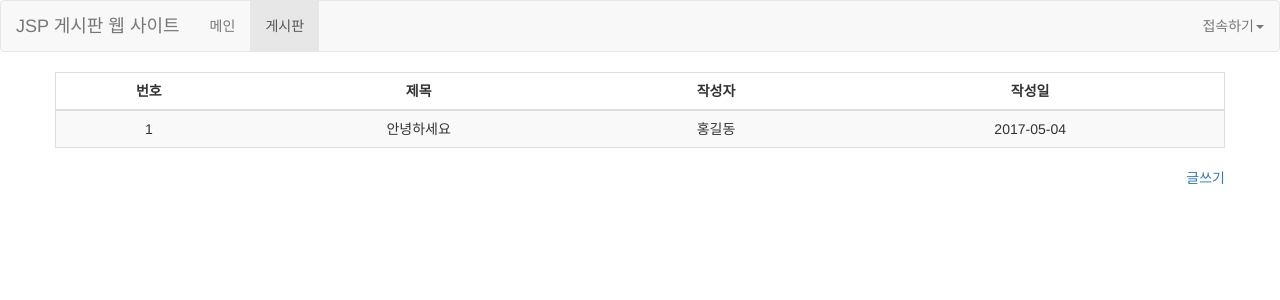
Repository: Jeongyounghyeon/JSP_board
Page: http://localhost/BBS/write.jsp
An editor plug-in stored every save of this project. The page is shown before and after the next save, followed by the edit.
The browser window is 1280 px wide. The pictures show the whole page.
Some web libraries are served in a nearby version. The page is served by Tomcat 9. Other server files are loaded and not shown.

Above is the page before, as saved 2022-04-06 12:56:57.

### projects/BBS/src/main/webapp/write.jsp
<%@ page language="java" contentType="text/html; charset=UTF-8"
    pageEncoding="UTF-8"%>
    <%@ page import = "java.io.PrintWriter" %>
<!DOCTYPE html>
<html>
<head>
<meta charset="UTF-8">
<meta name = "viewport" content = "width=device-width", initial-scale = "1">
<link rel = "stylesheet" href = "css/bootstrap.min.css">
<title>JSP 게시판 웹 사이트</title>
</head>
<body>
	<%
		String userID = null;
		if(session.getAttribute("userID") != null) {
			userID = (String) session.getAttribute("userID");
		}
	%>
	<nav class = "navbar navbar-default">
		<div class = "navbar-header">
			<button type = "button" class = "navbar-toggle collapsed"
				data-toggle = "collapse" data-target = "#bs-example-navbar-collapse-1"
				aria-expanded = "false">
				<span class = "icon-bar"></span>
				<span class = "icon-bar"></span>
				<span class = "icon-bar"></span>
			</button>
			<a class = "navbar-brand" href = "main.jsp">JSP 게시판 웹 사이트</a>
		</div>
		<div class = "collapase navbar-collapse" id = "bs-example-navbar-collapse-1">
			<ul class = "nav navbar-nav">
				<li><a href = "main.jsp">메인</a></li>
				<li class = "active"><a href = "bbs.jsp">게시판</a></li>
			</ul>
			<%
				if(userID == null) {
			%>
			<ul class = "nav navbar-nav navbar-right">
				<li class = "dropdown">
					<a href = "#" class = "dropdown-toggle"
						data-toggle = "dropdown" role = "button" aria-haspopup = "true"
						aria-expanded = "false">접속하기<span class = "caret"></span></a>
					<ul class = "dropdown-menu">
						<li><a href = "login.jsp">로그인</a></li>
						<li><a href = "join.jsp">회원가입</a></li>
					</ul>
				</li>
			</ul>
			<%
				} else{
			%>
			<ul class = "nav navbar-nav navbar-right">
				<li class = "dropdown">
					<a href = "#" class = "dropdown-toggle"
						data-toggle = "dropdown" role = "button" aria-haspopup = "true"
						aria-expanded = "false">회원관리<span class = "caret"></span></a>
					<ul class = "dropdown-menu">
						<li><a href = "logoutAction.jsp">로그아웃</a></li>
					</ul>
				</li>
			</ul>
			<%
				}
			%>
		</div>
	</nav>
	<div class = "container">
		<div class = "row">
			<table class = "table table-striped" style = "text-align: center; border: 1px solid #dddddd">
				<thead>
					<tr>
						<th style = "backgound-color: #eeeeee; text-align: center;">번호</th>
						<th style = "backgound-color: #eeeeee; text-align: center;">제목</th>
						<th style = "backgound-color: #eeeeee; text-align: center;">작성자</th>
						<th style = "backgound-color: #eeeeee; text-align: center;">작성일</th>
					</tr>
				</thead>
				<tbody>
					<tr>
						<td>1</td>
						<td>안녕하세요</td>
						<td>홍길동</td>
						<td>2017-05-04</td>
					</tr>
				</tbody>
			</table>
			<a href = wirte.jsp" class = "btn-priamry pull-right">글쓰기</a>
		</div>
	</div>
	<script src = "https://code.jquery.com/jquery-3.1.1.min.js"></script>
	<script src = "js/bootstrap.js"></script>
</body>
</html>

Loaded but not shown: projects/BBS/src/main/webapp/css/bootstrap.min.css (library); projects/BBS/src/main/webapp/js/bootstrap.js (library)

After the next save:
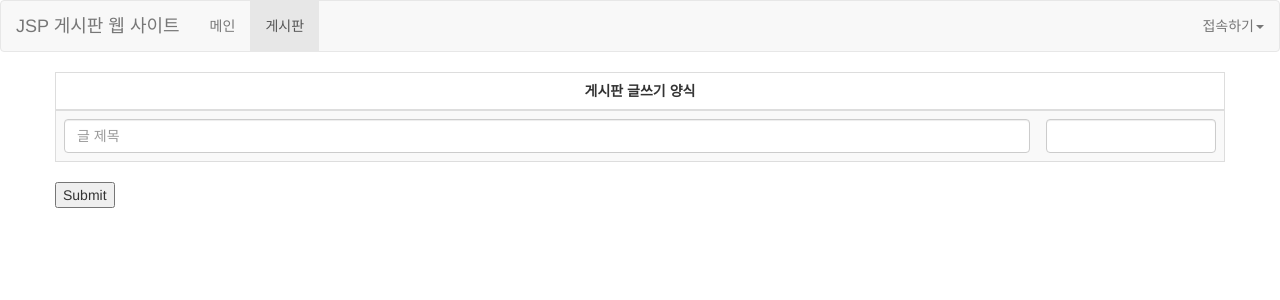
Saved 7 min 47 s later.
--- a/projects/BBS/src/main/webapp/write.jsp
+++ b/projects/BBS/src/main/webapp/write.jsp
@@ -69,22 +69,17 @@
 			<table class = "table table-striped" style = "text-align: center; border: 1px solid #dddddd">
 				<thead>
 					<tr>
-						<th style = "backgound-color: #eeeeee; text-align: center;">번호</th>
-						<th style = "backgound-color: #eeeeee; text-align: center;">제목</th>
-						<th style = "backgound-color: #eeeeee; text-align: center;">작성자</th>
-						<th style = "backgound-color: #eeeeee; text-align: center;">작성일</th>
+						<th colspan = "2" style = "backgound-color: #eeeeee; text-align: center;">게시판 글쓰기 양식</th>
 					</tr>
 				</thead>
 				<tbody>
 					<tr>
-						<td>1</td>
-						<td>안녕하세요</td>
-						<td>홍길동</td>
-						<td>2017-05-04</td>
+						<td><input type = "text" class = "form-control" placeholder = "글 제목" name = "bbsTitle" maxlength = "50"</td>
+						<td><textaria type = "text" class = "form-control" placeholder = "글 내용" name = "bbsContent" maxlength = "2048" style = "heigh: 350px"</textaria></td>
 					</tr>
 				</tbody>
 			</table>
-			<a href = wirte.jsp" class = "btn-priamry pull-right">글쓰기</a>
+			<input type = "submit" class = "btn-priamry pull-right>"글쓰기</a>
 		</div>
 	</div>
 	<script src = "https://code.jquery.com/jquery-3.1.1.min.js"></script>
